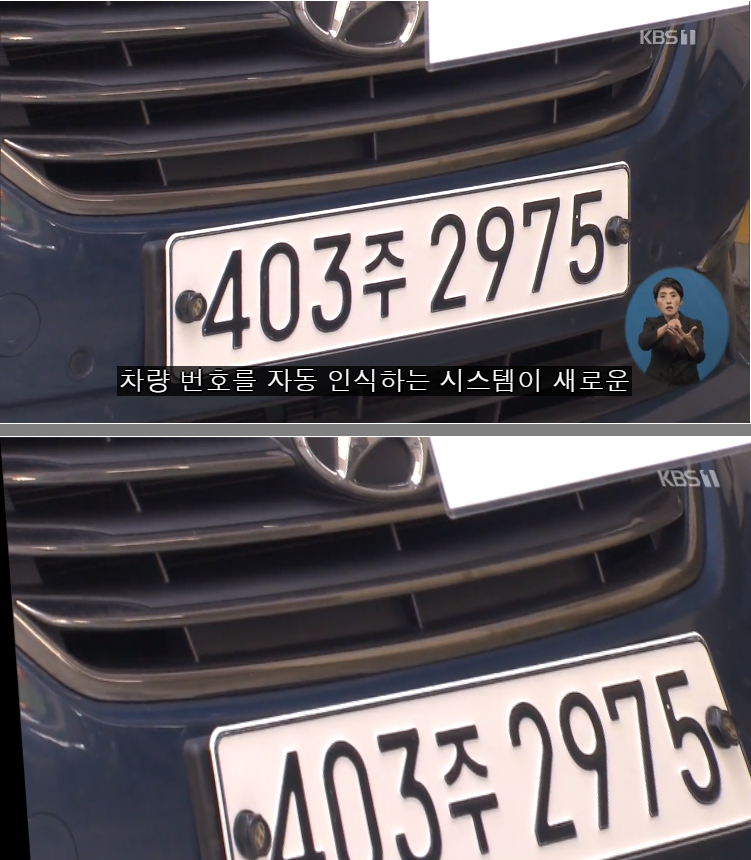
Repository: xxxeonm/DEV-TEST-LPR
Script's output: python test_process_pers.py
The author's editor kept a copy of each file at every save. The script's output is drawn from the files as they stood at one save, then again after a run of saves.
Each picture stacks the figures in order, with grey between them; figures that are only written to a file come last. Random numbers start from a fixed seed. It also reads base/403_2975.PNG.

Above is the script's output before, as saved 2020-07-03 14:23:23.

After the next 2 saves:
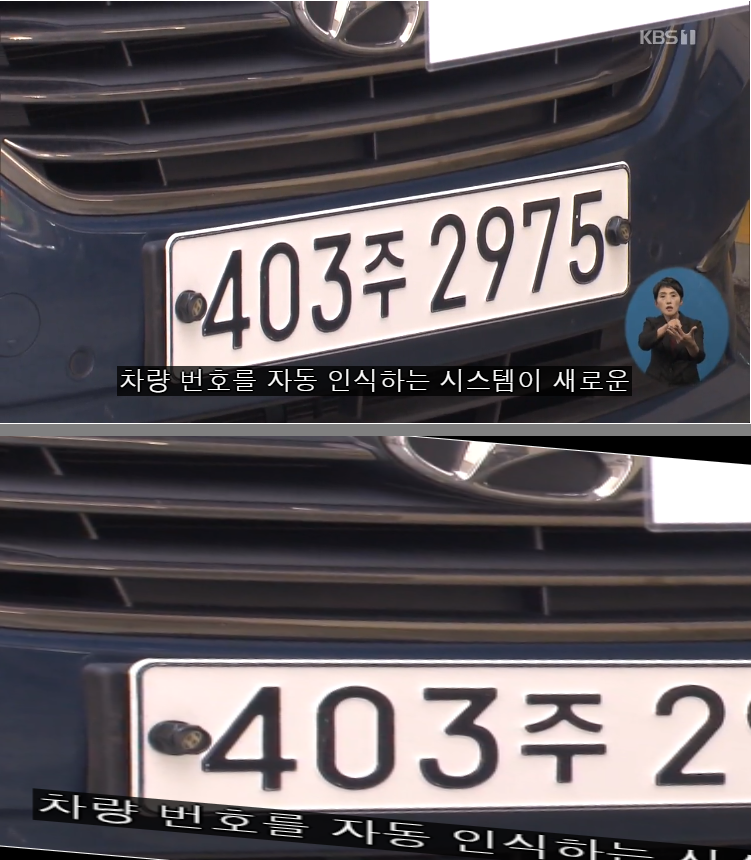
The 2 saves are shown as one change because 1 did not build or start.
The last was saved 14 min 47 s later.
--- a/test_process_pers.py
+++ b/test_process_pers.py
@@ -5,11 +5,13 @@ def transform():
     img = cv2.imread('./base/403_2975.png', cv2.IMREAD_COLOR)
     h, w = img.shape[:2]
 
-    pts1 = np.float32([[0,0], [300,0], [0,300],[300,300]])
-    pts2 = np.float32([[0,0], [300,0], [28, 387], [379, 390]])
+    # pts1 = np.float32([[0,0], [300,0], [0,300],[300,300]])
+    # pts2 = np.float32([[0,0], [300,0], [28, 387], [379, 390]])
 
-    m = cv2.getPerspectiveTransform(pts1, pts2)
-    img2 = cv2.warpPerspective(img, m, (w, h))
+    pts1 = np.float32([[604,189],[202,350],[604,285]])
+    pts2 = np.float32([[1000,249],[202,350],[1000,350]])
+    m = cv2.getAffineTransform(pts1, pts2)
+    img2 = cv2.warpAffine(img, m, (w, h))
     cv2.imshow('origin', img)
     cv2.imshow('perssssibal', img2)
     cv2.waitKey(0)
